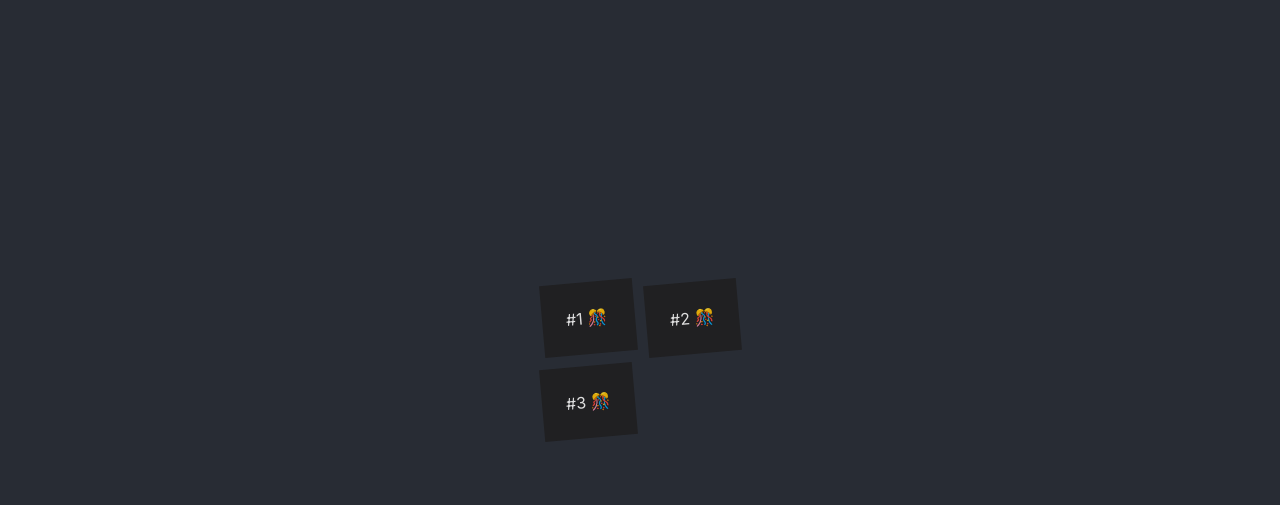
Repository: devsecops-node/simple-play
Page: /recomendations
These files come from the project's save history. The page is drawn as it stood at one moment and after the next save; the edit follows.
The browser window is 1280 px wide. The pictures show the whole page.
The project was rebuilt for these pictures with package versions that can differ from the ones it lists, and the page was loaded fresh each time. The framework's server and built-in components were replaced by stand-ins that run in the browser. Also part of the build but not shown: next.config.mjs.

Above is the page before, as saved 2024-06-21 18:35:36.

After the next save:
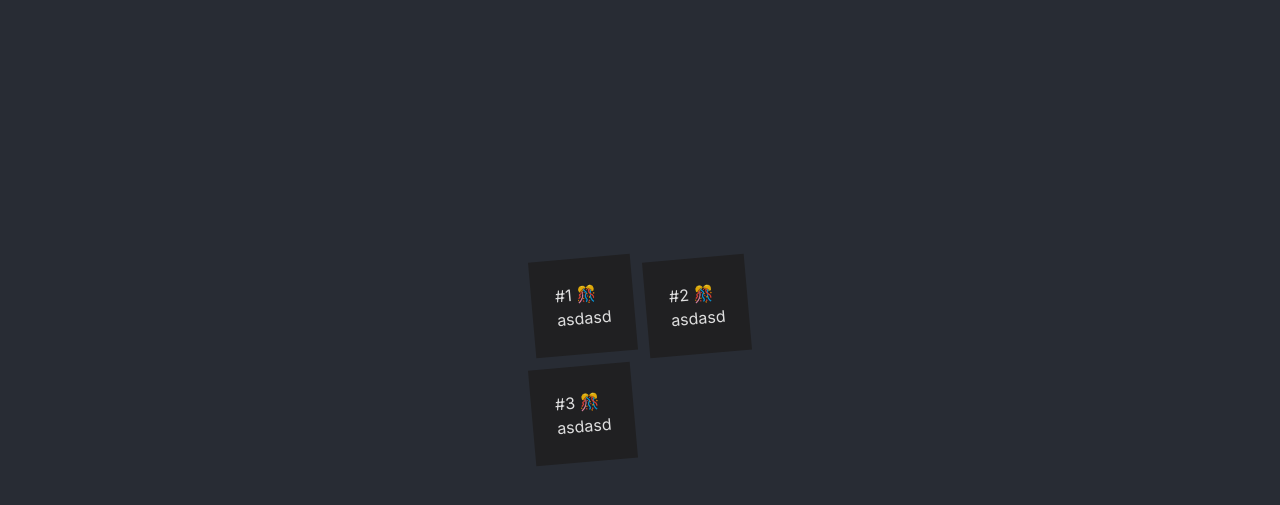
Saved 59 s later.
--- a/src/app/_components/Card.tsx
+++ b/src/app/_components/Card.tsx
@@ -9,6 +9,7 @@
   return (
     <div className={styles.card} onMouseEnter={() => setStatus(true)} onMouseLeave={() => setStatus(false)}>
       <h2 className={styles.card_title}>#{recomenda.id} 🎊</h2>
+      <p hidden={status}>asdasd</p>
     </div>
   )
 }

After the save that followed:
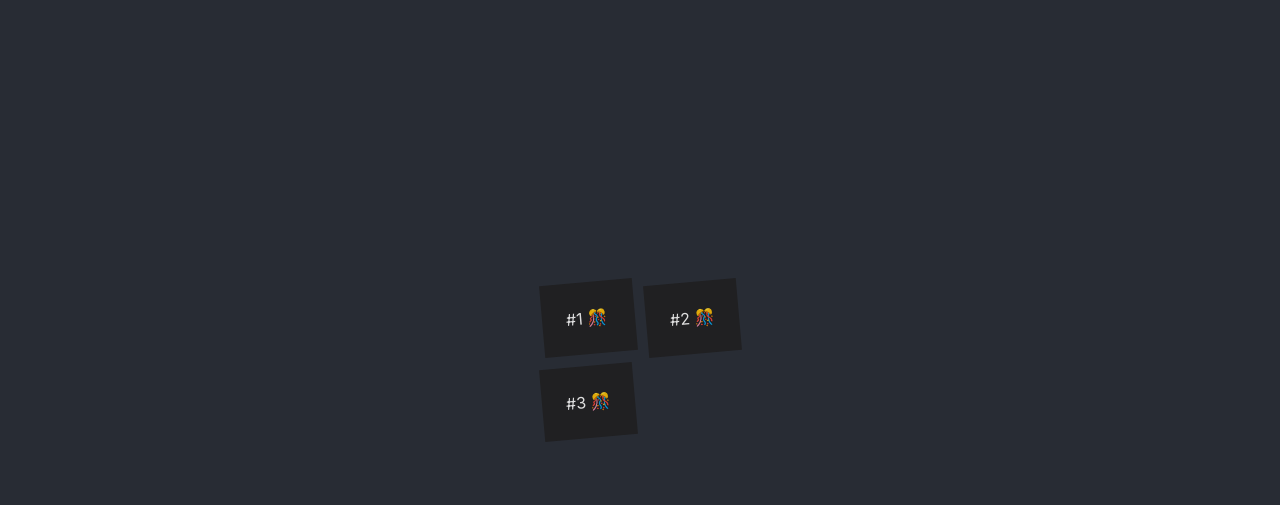
Saved 14 s later.
--- a/src/app/_components/Card.tsx
+++ b/src/app/_components/Card.tsx
@@ -9,7 +9,7 @@
   return (
     <div className={styles.card} onMouseEnter={() => setStatus(true)} onMouseLeave={() => setStatus(false)}>
       <h2 className={styles.card_title}>#{recomenda.id} 🎊</h2>
-      <p hidden={status}>asdasd</p>
+      <p hidden={!status}>asdasd</p>
     </div>
   )
 }
